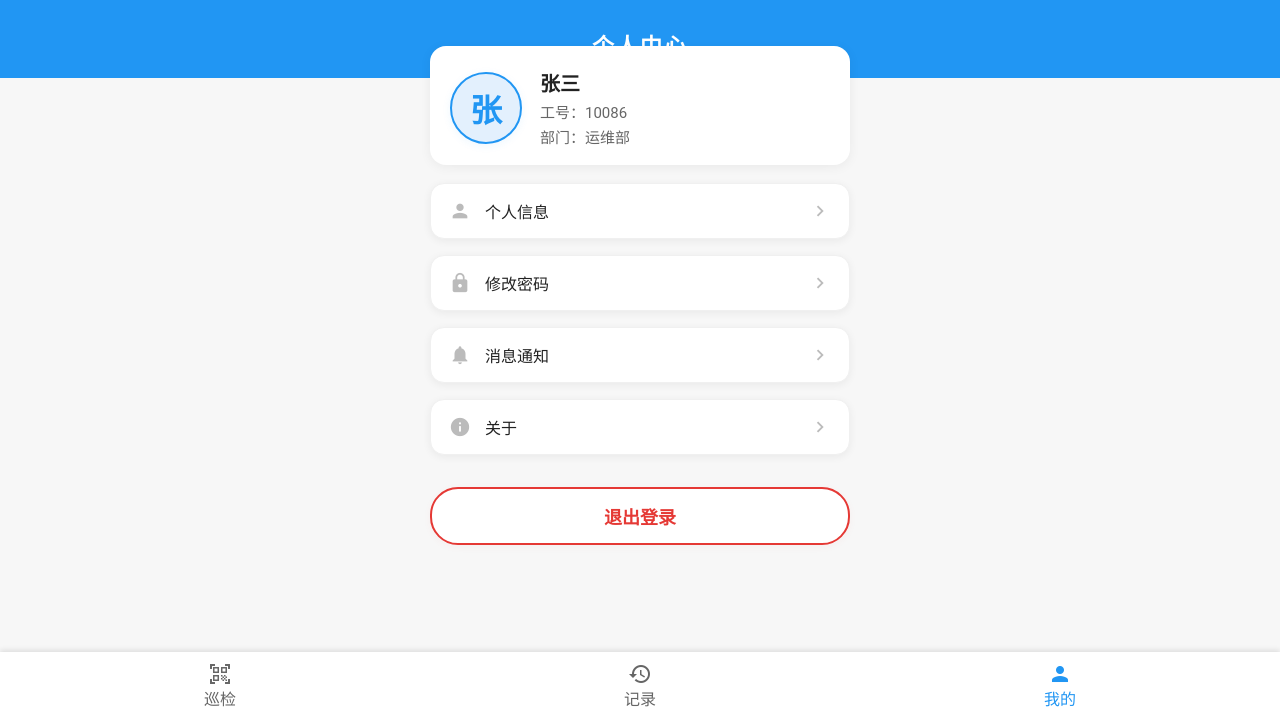
Repository: andyzheung/check-app
Page: UI原型/profile.html
These files come from the project's save history. The page is drawn as it stood at one moment and after the next save; the edit follows.
The browser window is 1280 px wide. The pictures show the whole page.

Above is the page before, as saved 2025-05-11 17:18:52.

### UI原型/profile.html
<!DOCTYPE html>
<html lang="zh-CN">
<head>
    <meta charset="UTF-8">
    <meta name="viewport" content="width=device-width, initial-scale=1.0">
    <title>个人中心 - 巡检管理系统</title>
    <link href="https://fonts.googleapis.com/icon?family=Material+Icons" rel="stylesheet">
    <link href="css/common.css" rel="stylesheet">
    <link href="css/profile.css" rel="stylesheet">
</head>
<body>
    <div class="profile-container">
        <div class="profile-topbar">个人中心</div>
        <div class="profile-card">
            <div class="profile-avatar">张</div>
            <div class="profile-info-block">
                <div class="profile-name">张三</div>
                <div class="profile-meta">工号：10086</div>
                <div class="profile-meta">部门：运维部</div>
            </div>
        </div>
        <div class="menu-list">
            <div class="menu-item">
                <span class="menu-icon" style="color:#4b3fae;"><span class="material-icons">person</span></span>
                <span class="menu-label">个人信息</span>
                <span class="material-icons">chevron_right</span>
            </div>
            <div class="menu-item">
                <span class="menu-icon" style="color:#ffb300;"><span class="material-icons">lock</span></span>
                <span class="menu-label">修改密码</span>
                <span class="material-icons">chevron_right</span>
            </div>
            <div class="menu-item">
                <span class="menu-icon" style="color:#ffb300;"><span class="material-icons">notifications</span></span>
                <span class="menu-label">消息通知</span>
                <span class="material-icons">chevron_right</span>
            </div>
            <div class="menu-item">
                <span class="menu-icon" style="color:#039be5;"><span class="material-icons">info</span></span>
                <span class="menu-label">关于</span>
                <span class="material-icons">chevron_right</span>
            </div>
        </div>
        <div class="logout-button highlight" onclick="window.location.href='login.html'">
            退出登录
        </div>
        <div style="height:32px;"></div>
        <!-- 底部导航 -->
        <div class="bottom-nav">
            <a href="scan.html" class="nav-item">
                <span class="material-icons">qr_code_scanner</span>
                <span>巡检</span>
            </a>
            <a href="records.html" class="nav-item">
                <span class="material-icons">history</span>
                <span>记录</span>
            </a>
            <a href="profile.html" class="nav-item active">
                <span class="material-icons">person</span>
                <span>我的</span>
            </a>
        </div>
    </div>
</body>
</html>

### UI原型/css/common.css
/* 公共样式 */
:root {
    --primary-color: #2196F3;
    --success-color: #4CAF50;
    --error-color: #F44336;
    --background-color: #F5F5F5;
    --text-color: #333333;
    --card-background: #FFFFFF;
}

* {
    margin: 0;
    padding: 0;
    box-sizing: border-box;
    font-family: 'Roboto', sans-serif;
}

body {
    background-color: var(--background-color);
    color: var(--text-color);
}

/* 底部导航样式 */
.bottom-nav {
    display: flex;
    justify-content: space-around;
    padding: 10px;
    background-color: white;
    box-shadow: 0 -2px 5px rgba(0,0,0,0.1);
    position: fixed;
    bottom: 0;
    left: 0;
    right: 0;
}

.nav-item {
    display: flex;
    flex-direction: column;
    align-items: center;
    color: #666;
    text-decoration: none;
}

.nav-item.active {
    color: var(--primary-color);
}

/* 返回按钮样式 */
.back-button {
    color: inherit;
    text-decoration: none;
    display: flex;
    align-items: center;
}

/* 卡片样式 */
.card {
    background-color: var(--card-background);
    border-radius: 8px;
    padding: 15px;
    margin-bottom: 15px;
    box-shadow: 0 2px 4px rgba(0,0,0,0.1);
}

/* 按钮样式 */
.button {
    padding: 12px 20px;
    border: none;
    border-radius: 4px;
    font-size: 16px;
    cursor: pointer;
    background-color: var(--primary-color);
    color: white;
    width: 100%;
}

/* 输入框样式 */
.input-field {
    width: 100%;
    padding: 12px;
    border: 1px solid #ddd;
    border-radius: 4px;
    font-size: 16px;
    margin-bottom: 15px;
}

/* 状态标签样式 */
.status-normal {
    background-color: var(--success-color);
    color: white;
    padding: 4px 8px;
    border-radius: 4px;
    font-size: 14px;
}

.status-abnormal {
    background-color: var(--error-color);
    color: white;
    padding: 4px 8px;
    border-radius: 4px;
    font-size: 14px;
}

### UI原型/css/profile.css
/* 个人中心页面样式 */
.profile-container {
    min-height: 100vh;
    background: #f7f7f7;
    display: flex;
    flex-direction: column;
    align-items: center;
}

.profile-topbar {
    width: 100vw;
    background: var(--primary-color, #2196F3);
    color: #fff;
    font-size: 22px;
    font-weight: 700;
    text-align: center;
    padding: 28px 0 18px 0;
    letter-spacing: 2px;
    box-sizing: border-box;
}

.profile-card {
    width: 95vw;
    max-width: 420px;
    background: #fff;
    border-radius: 16px;
    box-shadow: 0 2px 12px rgba(0,0,0,0.06);
    margin: -32px auto 18px auto;
    display: flex;
    align-items: center;
    padding: 22px 20px 18px 20px;
    gap: 18px;
    position: relative;
    z-index: 2;
}

.profile-avatar {
    width: 72px;
    height: 72px;
    background: #e3f0fd;
    border: 2.5px solid #2196F3;
    border-radius: 50%;
    color: #2196F3;
    font-size: 32px;
    font-weight: 700;
    display: flex;
    align-items: center;
    justify-content: center;
    box-shadow: 0 2px 8px rgba(33,150,243,0.08);
}

.profile-info-block {
    display: flex;
    flex-direction: column;
    justify-content: center;
    gap: 2px;
}

.profile-name {
    font-size: 20px;
    font-weight: 700;
    color: #222;
}

.profile-meta {
    font-size: 15px;
    color: #666;
    margin-top: 2px;
}

.menu-list {
    width: 95vw;
    max-width: 420px;
    margin: 0 auto 0 auto;
    display: flex;
    flex-direction: column;
    gap: 16px;
}

.menu-item {
    background: #fff;
    border-radius: 14px;
    box-shadow: 0 2px 8px rgba(0,0,0,0.06);
    display: flex;
    align-items: center;
    padding: 0 18px 0 18px;
    height: 56px;
    font-size: 16px;
    font-weight: 500;
    color: #222;
    cursor: pointer;
    transition: box-shadow 0.2s;
    border: 1.5px solid #f0f0f0;
}

.menu-item:hover {
    box-shadow: 0 4px 16px rgba(33,150,243,0.10);
}

.menu-icon {
    margin-right: 14px;
    display: flex;
    align-items: center;
    font-size: 22px;
}

.menu-label {
    flex: 1;
    font-size: 16px;
    color: #222;
}

.menu-item .material-icons {
    font-size: 22px;
    color: #bbb;
}

.logout-button {
    width: 95vw;
    max-width: 420px;
    margin: 32px auto 0 auto;
    padding: 14px 0;
    background: #fff;
    color: #e53935;
    border: 2px solid #e53935;
    border-radius: 28px;
    font-size: 18px;
    font-weight: 700;
    text-align: center;
    cursor: pointer;
    transition: background 0.2s, color 0.2s;
    box-shadow: 0 2px 8px rgba(229,57,53,0.04);
}

.logout-button:hover {
    background: #e53935;
    color: #fff;
}

/* 底部导航栏复用common.css样式 */

After the next save:
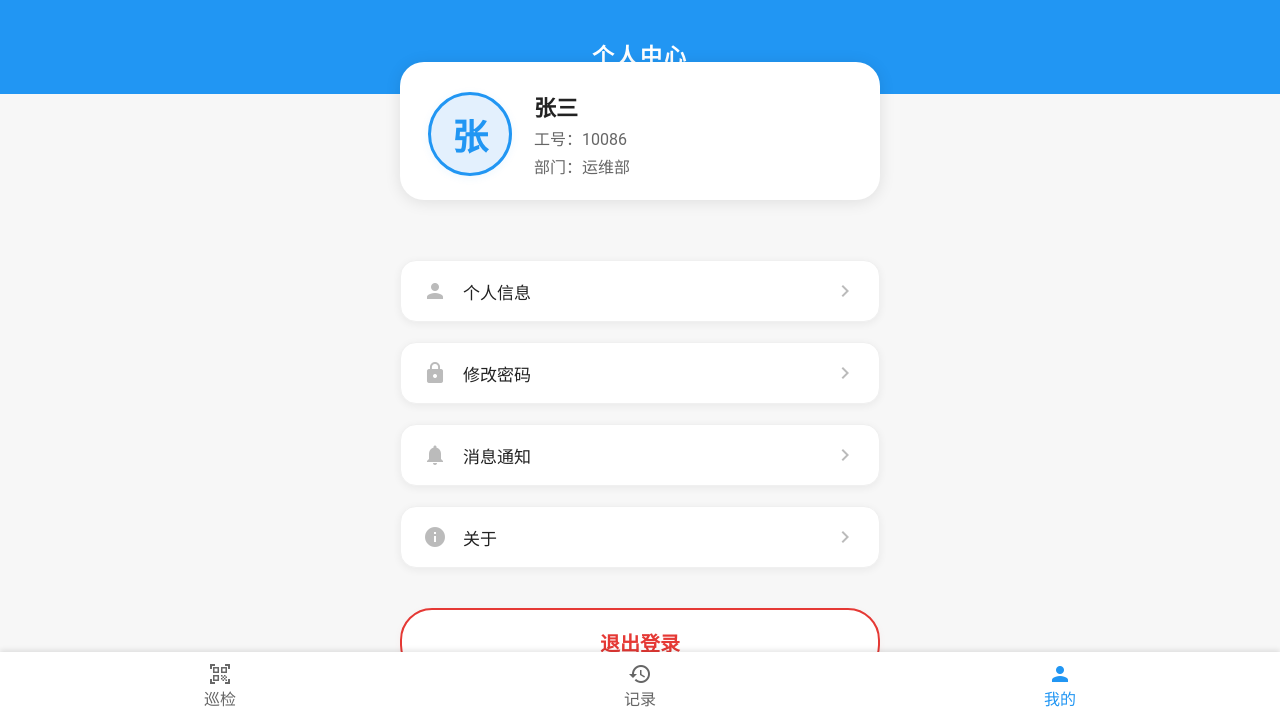
Saved 109 s later.
--- a/UI原型/css/profile.css
+++ b/UI原型/css/profile.css
@@ -14,34 +14,37 @@
     font-size: 22px;
     font-weight: 700;
     text-align: center;
-    padding: 28px 0 18px 0;
+    padding: 38px 0 24px 0;
     letter-spacing: 2px;
     box-sizing: border-box;
+    position: relative;
+    z-index: 1;
 }
 
 .profile-card {
     width: 95vw;
-    max-width: 420px;
+    max-width: 480px;
     background: #fff;
-    border-radius: 16px;
-    box-shadow: 0 2px 12px rgba(0,0,0,0.06);
-    margin: -32px auto 18px auto;
+    border-radius: 24px;
+    box-shadow: 0 2px 16px rgba(0,0,0,0.10);
+    margin: 0 auto 28px auto;
     display: flex;
     align-items: center;
-    padding: 22px 20px 18px 20px;
-    gap: 18px;
+    padding: 28px 28px 22px 28px;
+    gap: 22px;
     position: relative;
     z-index: 2;
+    top: -32px;
 }
 
 .profile-avatar {
-    width: 72px;
-    height: 72px;
+    width: 84px;
+    height: 84px;
     background: #e3f0fd;
-    border: 2.5px solid #2196F3;
+    border: 3px solid #2196F3;
     border-radius: 50%;
     color: #2196F3;
-    font-size: 32px;
+    font-size: 36px;
     font-weight: 700;
     display: flex;
     align-items: center;
@@ -57,35 +60,35 @@
 }
 
 .profile-name {
-    font-size: 20px;
+    font-size: 22px;
     font-weight: 700;
     color: #222;
 }
 
 .profile-meta {
-    font-size: 15px;
+    font-size: 16px;
     color: #666;
     margin-top: 2px;
 }
 
 .menu-list {
     width: 95vw;
-    max-width: 420px;
+    max-width: 480px;
     margin: 0 auto 0 auto;
     display: flex;
     flex-direction: column;
-    gap: 16px;
+    gap: 20px;
 }
 
 .menu-item {
     background: #fff;
-    border-radius: 14px;
+    border-radius: 16px;
     box-shadow: 0 2px 8px rgba(0,0,0,0.06);
     display: flex;
     align-items: center;
-    padding: 0 18px 0 18px;
-    height: 56px;
-    font-size: 16px;
+    padding: 0 22px 0 22px;
+    height: 62px;
+    font-size: 17px;
     font-weight: 500;
     color: #222;
     cursor: pointer;
@@ -98,33 +101,33 @@
 }
 
 .menu-icon {
-    margin-right: 14px;
+    margin-right: 16px;
     display: flex;
     align-items: center;
-    font-size: 22px;
+    font-size: 24px;
 }
 
 .menu-label {
     flex: 1;
-    font-size: 16px;
+    font-size: 17px;
     color: #222;
 }
 
 .menu-item .material-icons {
-    font-size: 22px;
+    font-size: 24px;
     color: #bbb;
 }
 
 .logout-button {
     width: 95vw;
-    max-width: 420px;
-    margin: 32px auto 0 auto;
-    padding: 14px 0;
+    max-width: 480px;
+    margin: 40px auto 0 auto;
+    padding: 18px 0;
     background: #fff;
     color: #e53935;
-    border: 2px solid #e53935;
-    border-radius: 28px;
-    font-size: 18px;
+    border: 2.5px solid #e53935;
+    border-radius: 32px;
+    font-size: 20px;
     font-weight: 700;
     text-align: center;
     cursor: pointer;
